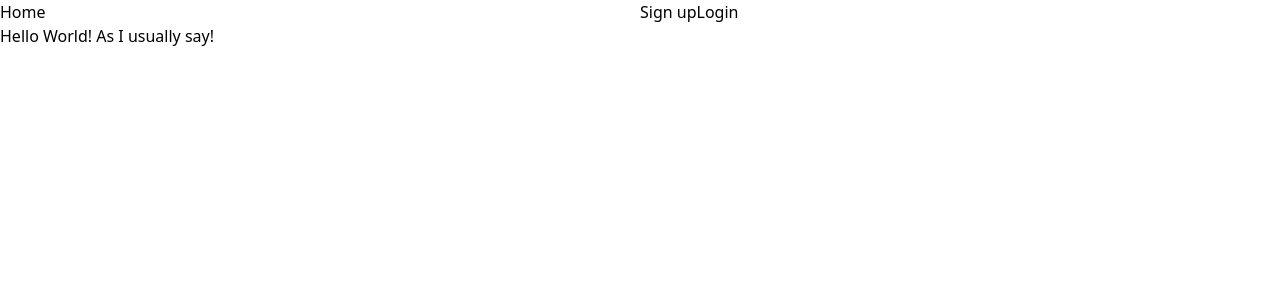
Repository: thasquirrie/fanmanagement
Page: / (app in frontend/)
The author's editor kept a copy of each file at every save. The page is drawn from the files as they stood at one save, then again after the next save.
The browser window is 1280 px wide. The pictures show the whole page.
The project was rebuilt for these pictures with package versions that can differ from the ones it lists, and the page was loaded fresh each time. A package was used in the major version that the imports need, not the one package.json lists. Also part of the build but not shown: frontend/craco.config.js, frontend/src/App.css.

Above is the page before, as saved 2021-05-24 16:42:08.

### frontend/src/index.css
body {
 margin: 0;
 font-family: -apple-system, BlinkMacSystemFont, 'Segoe UI', 'Roboto', 'Oxygen',
  'Ubuntu', 'Cantarell', 'Fira Sans', 'Droid Sans', 'Helvetica Neue', sans-serif;
 -webkit-font-smoothing: antialiased;
 -moz-osx-font-smoothing: grayscale;
}

code {
 font-family: source-code-pro, Menlo, Monaco, Consolas, 'Courier New', monospace;
}

@tailwind base;
@tailwind components;
@tailwind utilities;

### frontend/src/App.js
import { Route, BrowserRouter, Switch } from 'react-router-dom';
import Header from './components/Header';
import HomeScreen from './screens/HomeScreen';
// import logo from './logo.svg';
import './App.css';

function App() {
 return (
  <BrowserRouter>
   <Header />
   <main className='container'>
    <Switch>
     <Route path='/' component={HomeScreen} />
    </Switch>
   </main>
  </BrowserRouter>
 );
}

export default App;

### frontend/src/components/Header.jsx
import React from 'react';
import { Link } from 'react-router-dom';

const Header = () => {
 return (
  // <nav className='grid grid-cols-6'>
  //  <div className='col-span-2'>
  //   <Link to='/'>Home</Link>
  //  </div>
  //  <div className='col-span-4'>
  //   <Link to='/products'>Products</Link>
  //   <Link to='/about'>About Us</Link>
  //   <Link to='/technology'>Technology</Link>
  //   <Link to='/contact'>Contact Us</Link>
  //   <Link to='/login'>Login</Link>
  //  </div>
  // </nav>
  <nav className='grid grid-cols-2'>
   <div className='col-span-1'>
    <a href='#'>Home</a>
   </div>
   <div className='col-span-1'>
    <a href='#'>Sign up</a>
    <a href='#'>Login</a>
   </div>
  </nav>
 );
};

export default Header;

### frontend/src/screens/HomeScreen.jsx
import React from 'react';

const HomeScreen = () => {
 return (
  <div>
   <h1>Hello World! As I usually say!</h1>
  </div>
 );
};

export default HomeScreen;

Loaded but not shown: frontend/public/index.html (common file); frontend/src/index.js (common file); frontend/src/reportWebVitals.js (common file); frontend/tailwind.config.js (common file)

After the next save:
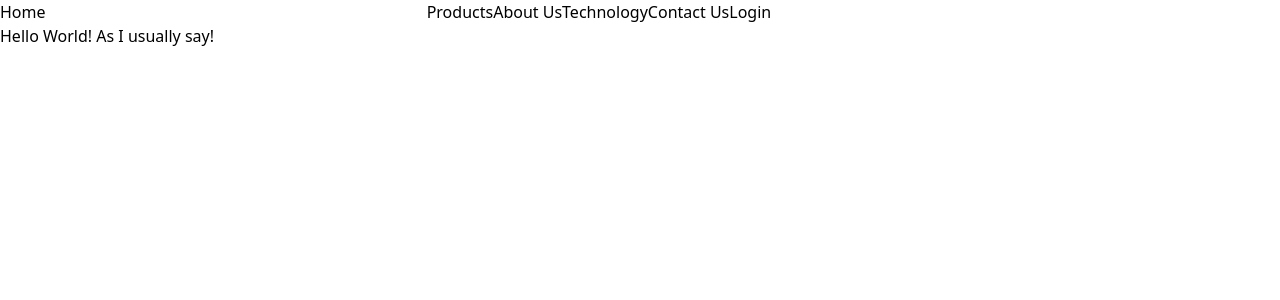
Saved 36 s later.
--- a/frontend/src/components/Header.jsx
+++ b/frontend/src/components/Header.jsx
@@ -3,25 +3,16 @@
 
 const Header = () => {
  return (
-  // <nav className='grid grid-cols-6'>
-  //  <div className='col-span-2'>
-  //   <Link to='/'>Home</Link>
-  //  </div>
-  //  <div className='col-span-4'>
-  //   <Link to='/products'>Products</Link>
-  //   <Link to='/about'>About Us</Link>
-  //   <Link to='/technology'>Technology</Link>
-  //   <Link to='/contact'>Contact Us</Link>
-  //   <Link to='/login'>Login</Link>
-  //  </div>
-  // </nav>
-  <nav className='grid grid-cols-2'>
-   <div className='col-span-1'>
-    <a href='#'>Home</a>
+  <nav className='grid grid-cols-6'>
+   <div className='col-span-2'>
+    <Link to='/'>Home</Link>
    </div>
-   <div className='col-span-1'>
-    <a href='#'>Sign up</a>
-    <a href='#'>Login</a>
+   <div className='col-span-4'>
+    <Link to='/products'>Products</Link>
+    <Link to='/about'>About Us</Link>
+    <Link to='/technology'>Technology</Link>
+    <Link to='/contact'>Contact Us</Link>
+    <Link to='/login'>Login</Link>
    </div>
   </nav>
  );
